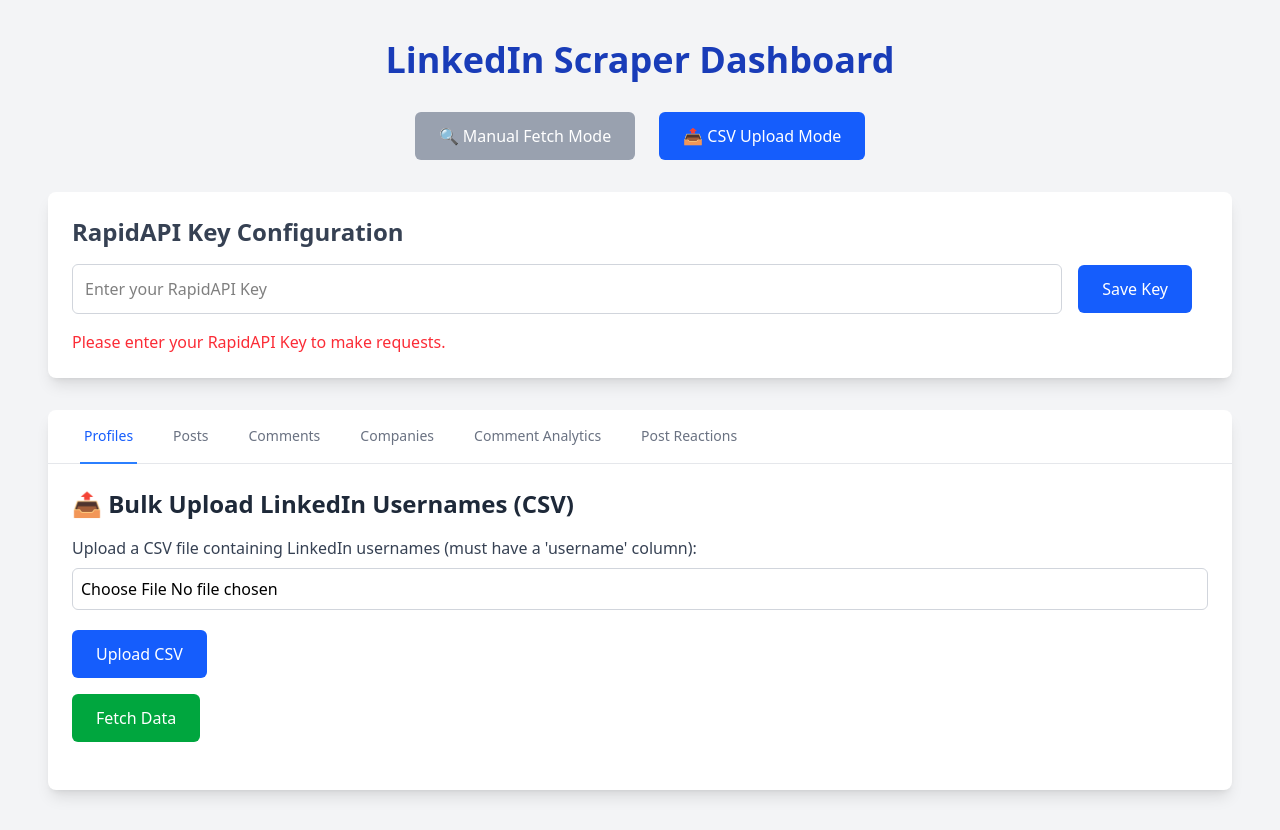
Repository: vigneshcj001/LinkedIn-Scraper-Dashboard
Page: /, after clicking the first element matching `div.flex > :nth-child(2)`
The author's editor kept a copy of each file at every save. The page is drawn from the files as they stood at one save, then again after the next save.
The browser window is 1280 px wide. The pictures show the whole page.
The project was rebuilt for these pictures with package versions that can differ from the ones it lists, and the page was loaded fresh each time. Also part of the build but not shown: vite.config.js, src/components/DataTable.jsx, src/components/tabs/PostsTab.jsx, src/components/tabs/CommentsTab.jsx, src/components/tabs/CompanyTab.jsx, src/components/tabs/AnalyticsTab.jsx, src/components/tabs/ReactionsTab.jsx, src/components/BulkUpload/BulkPostsUploadTab.jsx and 4 more.

Above is the page before, as saved 2025-11-05 14:46:36.

### index.html
<!doctype html>
<html lang="en">
  <head>
    <meta charset="UTF-8" />
    <link rel="icon" type="image/svg+xml" href="/vite.svg" />
    <meta name="viewport" content="width=device-width, initial-scale=1.0" />
     <link href="/src/index.css" rel="stylesheet">
    <title>linkedin_frontend</title>
  </head>
  <body>
    <div id="root"></div>
    <script type="module" src="/src/main.jsx"></script>
  </body>
</html>

### src/index.css
@import "tailwindcss";
html, body, #root {
  margin: 0;
  padding: 0;
  width: 100%;
  height: 100%;
  background-color: #f9fafb; /* Tailwind's bg-gray-50 */
}
body {
  @apply text-black bg-gray-100;
}

### src/App.jsx
import React, { useState, useEffect } from "react";
import toast, { Toaster } from "react-hot-toast";

import ProfileTab from "./components/tabs/ProfileTab";
import PostsTab from "./components/tabs/PostsTab";
import CommentsTab from "./components/tabs/CommentsTab";
import CompanyTab from "./components/tabs/CompanyTab";
import AnalyticsTab from "./components/tabs/AnalyticsTab";
import ReactionsTab from "./components/tabs/ReactionsTab";
import BulkUploadTab from "./components/BulkUpload/BulkUploadTab";

const API_BASE_URL =
  "https://linkedin-scraper-dashboard-backend.onrender.com/api";

function App() {
  const [rapidApiKey, setRapidApiKey] = useState("");
  const [activeTab, setActiveTab] = useState("profile");
  const [mode, setMode] = useState("manual"); // "manual" or "upload"
  const [response, setResponse] = useState(null);
  const [loading, setLoading] = useState(false);
  const [error, setError] = useState(null);

  // ==========================================================
  // Load/Save API key from localStorage
  // ==========================================================
  useEffect(() => {
    const storedKey = localStorage.getItem("rapidApiKey");
    if (storedKey) setRapidApiKey(storedKey);
  }, []);

  useEffect(() => {
    if (rapidApiKey) localStorage.setItem("rapidApiKey", rapidApiKey);
    else localStorage.removeItem("rapidApiKey");
  }, [rapidApiKey]);

  // ==========================================================
  // FETCH WRAPPER — with retry, backoff & 429 handling
  // ==========================================================
  const fetchData = async (
    endpoint,
    params = {},
    method = "GET",
    body = null
  ) => {
    setLoading(true);
    setResponse(null);
    setError(null);

    if (!rapidApiKey) {
      setError("Please enter your RapidAPI Key.");
      setLoading(false);
      return;
    }

    try {
      const query = new URLSearchParams(params).toString();
      const url = `${API_BASE_URL}/${endpoint}${query ? `?${query}` : ""}`;

      const options = {
        method,
        headers: {
          "Content-Type": "application/json",
          "x-rapidapi-key": rapidApiKey,
        },
      };
      if (body) options.body = JSON.stringify(body);

      let attempt = 0;
      let success = false;
      let data;

      while (attempt < 3 && !success) {
        if (attempt > 0) {
          const backoff = 1000 * Math.pow(2, attempt - 1);
          toast(`Retrying... attempt ${attempt + 1}`, { icon: "⏳" });
          await new Promise((r) => setTimeout(r, backoff));
        }

        await new Promise((r) => setTimeout(r, 700)); // rate-limit delay
        const res = await fetch(url, options);

        if (res.status === 429) {
          attempt++;
          if (attempt === 3)
            throw new Error("RapidAPI rate limit reached. Try again later.");
          continue;
        }

        if (!res.ok) {
          const errData = await res.json().catch(() => ({}));
          throw new Error(errData.detail || `HTTP error ${res.status}`);
        }

        data = await res.json();
        success = true;
      }

      setResponse(data);
      toast.success("✅ Data fetched successfully!");
    } catch (err) {
      console.error("Fetch Error:", err);
      toast.error(err.message || "An unexpected error occurred.");
      setError(err.message);
    } finally {
      setLoading(false);
    }
  };

  // ==========================================================
  // TAB HANDLER
  // ==========================================================
  const renderContent = () => {
    const sharedProps = { fetchData, loading, error, response };

    switch (activeTab) {
      case "profile":
        return <ProfileTab {...sharedProps} />;
      case "posts":
        return <PostsTab {...sharedProps} />;
      case "comments":
        return <CommentsTab {...sharedProps} />;
      case "company":
        return <CompanyTab {...sharedProps} />;
      case "analytics":
        return <AnalyticsTab {...sharedProps} />;
      case "reactions":
        return <ReactionsTab {...sharedProps} />;
      default:
        return null;
    }
  };

  // ==========================================================
  // UI
  // ==========================================================
  return (
    <div className="min-h-screen bg-gray-100 px-12 py-10">
      <h1 className="text-4xl font-bold text-center text-blue-800 mb-8">
        LinkedIn Scraper Dashboard
      </h1>

      {/* MODE SELECTOR */}
      <div className="flex justify-center space-x-6 mb-8">
        <button
          onClick={() => setMode("manual")}
          className={`px-6 py-3 rounded-md text-white transition ${
            mode === "manual" ? "bg-blue-600" : "bg-gray-400 hover:bg-gray-500"
          }`}
        >
          🔍 Manual Fetch Mode
        </button>
        <button
          onClick={() => setMode("upload")}
          className={`px-6 py-3 rounded-md text-white transition ${
            mode === "upload" ? "bg-blue-600" : "bg-gray-400 hover:bg-gray-500"
          }`}
        >
          📤 CSV Upload Mode
        </button>
      </div>

      {/* API Key Section */}
      <div className="max-w-10xl mx-auto bg-white shadow-lg rounded-lg p-6 mb-8">
        <h2 className="text-2xl font-semibold mb-4 text-gray-700">
          RapidAPI Key Configuration
        </h2>

        <div className="flex items-center space-x-4">
          <input
            type="password"
            className="flex-1 p-3 border border-gray-300 rounded-md focus:ring-blue-500 focus:border-blue-500"
            placeholder="Enter your RapidAPI Key"
            value={rapidApiKey}
            onChange={(e) => setRapidApiKey(e.target.value)}
          />
          <button
            onClick={() => toast.success("🔐 Key saved to local storage!")}
            className="px-6 py-3 bg-blue-600 text-white rounded-md hover:bg-blue-700 transition duration-200"
          >
            Save Key
          </button>
          <Toaster position="bottom-right" />
        </div>

        {!rapidApiKey && (
          <p className="mt-4 text-red-500">
            Please enter your RapidAPI Key to make requests.
          </p>
        )}
      </div>

      {/* MODE-BASED CONTENT */}
      {mode === "manual" ? (
        <div className="max-w-10xl mx-auto bg-white shadow-lg rounded-lg">
          <div className="border-b border-gray-200">
            <nav
              className="-mb-px flex space-x-10 px-10 min-w-max sm:justify-center"
              aria-label="Tabs"
            >
              {[
                { name: "Profile Details", id: "profile" },
                { name: "Profile Posts", id: "posts" },
                { name: "Post Comments", id: "comments" },
                { name: "Company Details", id: "company" },
                { name: "Comment Analytics", id: "analytics" },
                { name: "Post Reactions", id: "reactions" },
              ].map((tab) => (
                <button
                  key={tab.id}
                  onClick={() => setActiveTab(tab.id)}
                  className={`${
                    tab.id === activeTab
                      ? "border-blue-500 text-blue-600"
                      : "border-transparent text-gray-500 hover:text-gray-700 hover:border-gray-300"
                  } whitespace-nowrap py-4 px-1 border-b-2 font-medium text-sm`}
                >
                  {tab.name}
                </button>
              ))}
            </nav>
          </div>
          <div className="p-6">{renderContent()}</div>
        </div>
      ) : (
        <BulkUploadTab fetchData={fetchData} />
      )}
    </div>
  );
}

export default App;

### src/components/BulkUpload/BulkUploadTab.jsx
import React, { useState } from "react";
import BulkProfileUploadTab from "./BulkProfileUploadTab";
import BulkPostsUploadTab from "./BulkPostsUploadTab";
import BulkCommentsUploadTab from "./BulkCommentsUploadTab";
import BulkCompaniesUploadTab from "./BulkCompaniesUploadTab";
import BulkCommentAnalyticsUploadTab from "./BulkCommentAnalyticsUploadTab";
import BulkReactionsUploadTab from "./BulkReactionsUploadTab";

const BulkUploadTab = () => {
  const [activeBulkTab, setActiveBulkTab] = useState("profiles"); // Default active bulk tab

  const renderBulkTabContent = () => {
    switch (activeBulkTab) {
      case "profiles":
        return <BulkProfileUploadTab />;
      case "posts":
        return <BulkPostsUploadTab />;
      case "comments":
        return <BulkCommentsUploadTab />;
      case "companies":
        return <BulkCompaniesUploadTab />;
      case "analytics":
        return <BulkCommentAnalyticsUploadTab />;
      case "reactions":
        return <BulkReactionsUploadTab />;
      default:
        return null;
    }
  };

  return (
    <div className="max-w-10xl mx-auto bg-white shadow-lg rounded-lg">
      <div className="border-b border-gray-200">
        <nav
          className="-mb-px flex space-x-8 px-8"
          aria-label="Bulk Upload Tabs"
        >
          {[
            { name: "Profiles", id: "profiles" },
            { name: "Posts", id: "posts" },
            { name: "Comments", id: "comments" },
            { name: "Companies", id: "companies" },
            { name: "Comment Analytics", id: "analytics" },
            { name: "Post Reactions", id: "reactions" },
          ].map((tab) => (
            <button
              key={tab.id}
              onClick={() => setActiveBulkTab(tab.id)}
              className={`${
                tab.id === activeBulkTab
                  ? "border-blue-500 text-blue-600"
                  : "border-transparent text-gray-500 hover:text-gray-700 hover:border-gray-300"
              } whitespace-nowrap py-4 px-1 border-b-2 font-medium text-sm`}
            >
              {tab.name}
            </button>
          ))}
        </nav>
      </div>
      <div className="p-6">{renderBulkTabContent()}</div>
    </div>
  );
};

export default BulkUploadTab;

### src/components/TabContainer.jsx
import React from "react";

const TabContainer = ({
  title,
  children,
  onSubmit,
  loading,
  error,
  response,
  TableComponent,
}) => (
  <div>
    <h2 className="text-2xl font-semibold text-gray-800 mb-4">{title}</h2>

    <form onSubmit={onSubmit} className="space-y-4 mb-6">
      {children}
      <button
        type="submit"
        className="px-6 py-3 bg-green-600 text-white rounded-md hover:bg-green-700 transition duration-200 disabled:opacity-50"
        disabled={loading}
      >
        {loading ? "Loading..." : "Fetch Data"}
      </button>
    </form>

    {error && (
      <div
        className="bg-red-100 border border-red-400 text-red-700 px-4 py-3 rounded mb-4"
        role="alert"
      >
        <strong className="font-bold">Error! </strong>
        <span className="block sm:inline">{error}</span>
      </div>
    )}

    {response && (
      <>
        {TableComponent && <TableComponent data={response} />}
        <div className="bg-gray-50 p-4 rounded-md shadow-inner mt-6">
          <h3 className="text-xl font-medium text-gray-700 mb-2">
            Raw JSON Response:
          </h3>
          <pre className="whitespace-pre-wrap break-all text-xs bg-gray-800 text-white p-4 rounded-md overflow-x-auto">
            {JSON.stringify(response, null, 2)}
          </pre>
        </div>
      </>
    )}
  </div>
);

export default TabContainer;

### src/components/BulkUpload/BulkProfileUploadTab.jsx
import React, { useState } from "react";
import toast from "react-hot-toast";
import TabContainer from "../TabContainer";

const BulkProfileUploadTab = () => {
  const [file, setFile] = useState(null);
  const [uploading, setUploading] = useState(false);
  const [uploadResult, setUploadResult] = useState(null);

  // ✅ Handle CSV Upload
  const handleFileUpload = async (e) => {
    e.preventDefault();

    if (!file) return toast.error("Please select a CSV file first!");
    const apiKey = localStorage.getItem("rapidApiKey");
    if (!apiKey) return toast.error("Please enter your RapidAPI Key first.");

    setUploading(true);
    setUploadResult(null);

    try {
      const formData = new FormData();
      formData.append("file", file);

      const res = await fetch("http://127.0.0.1:8000/api/upload/profiles", {
        method: "POST",
        headers: { "x-rapidapi-key": apiKey },
        body: formData,
      });

      if (!res.ok) {
        const err = await res.json().catch(() => ({}));
        throw new Error(err.detail || "Failed to upload CSV.");
      }

      const data = await res.json();
      setUploadResult(data);
      toast.success(`✅ Processed ${data.count} usernames.`);
    } catch (err) {
      toast.error(err.message);
      console.error("Upload error:", err);
    } finally {
      setUploading(false);
    }
  };

  // ✅ Export JSON (all results)
  const exportJSON = () => {
    if (!uploadResult) return toast.error("No data to export.");
    const blob = new Blob([JSON.stringify(uploadResult.results, null, 2)], {
      type: "application/json",
    });
    const link = document.createElement("a");
    link.href = URL.createObjectURL(blob);
    link.download = "linkedin_bulk_profiles.json";
    link.click();
  };

  // ✅ Export CSV — identical layout to ProfileTab export
  // ✅ Export CSV — identical layout to ProfileTab export
  const exportCSV = () => {
    if (!uploadResult) return toast.error("No data to export.");

    const csvSections = [];

    uploadResult.results.forEach((item, index) => {
      if (item.error) {
        csvSections.push(`Profile ${index + 1}: ${item.username}`);
        csvSections.push("Key,Value");
        csvSections.push(`Error,"${item.error}"`);
        csvSections.push("");
        return;
      }

      const data = item.data;
      if (!data?.basic_info) return;

      const profile = data.basic_info;
      const experience = data.experience || [];
      const education = data.education || [];

      // Add profile header
      csvSections.push(`Profile ${index + 1}: ${item.username}`);
      csvSections.push("");

      // --- Basic Info ---
      csvSections.push("Basic Info");
      csvSections.push("Key,Value");

      const basicInfo = [
        ["Full Name", profile.fullname],
        ["Headline", profile.headline],
        ["Profile URL", profile.profile_url],
        ["Location", profile.location?.full || "-"],
        ["Followers", profile.follower_count],
        ["Connections", profile.connection_count],
        ["Current Company", profile.current_company],
      ];

      csvSections.push(...basicInfo.map((r) => `"${r[0]}","${r[1] || "-"}"`));
      csvSections.push("");

      // --- Experience ---
      if (experience.length) {
        csvSections.push("Experience");
        csvSections.push("Title,Company,Duration,Company URL");
        csvSections.push(
          ...experience.map(
            (exp) =>
              `"${exp.title || "-"}","${exp.company || "-"}","${
                exp.duration || "-"
              }","${exp.company_linkedin_url || "-"}"`
          )
        );
        csvSections.push("");
      }

      // --- Education ---
      if (education.length) {
        csvSections.push("Education");
        csvSections.push("School,Degree,Field,Duration,School URL");
        csvSections.push(
          ...education.map(
            (edu) =>
              `"${edu.school || "-"}","${edu.degree_name || "-"}","${
                edu.field_of_study || "-"
              }","${edu.duration || "-"}","${edu.school_linkedin_url || "-"}"`
          )
        );
      }

      // Separator between profiles
      csvSections.push("");
      csvSections.push("");
    });

    const blob = new Blob([csvSections.join("\n")], {
      type: "text/csv;charset=utf-8;",
    });

    const url = URL.createObjectURL(blob);
    const link = document.createElement("a");
    link.href = url;
    link.download = "linkedin_bulk_profiles.csv";
    link.click();
    URL.revokeObjectURL(url);
  };

  return (
    <TabContainer
      title="📤 Bulk Upload LinkedIn Usernames (CSV)"
      onSubmit={handleFileUpload}
    >
      <div className="space-y-5">
        {/* CSV Upload Field */}
        <div>
          <label className="block text-gray-700 font-medium mb-2">
            Upload a CSV file containing LinkedIn usernames (must have a 'username' column):
          </label>
          <input
            type="file"
            accept=".csv"
            onChange={(e) => setFile(e.target.files[0])}
            className="block w-full border border-gray-300 rounded-md p-2 focus:ring-blue-500 focus:border-blue-500"
          />
        </div>

        {/* Upload Button */}
        <button
          type="submit"
          disabled={uploading}
          className={`px-6 py-3 rounded-md text-white transition ${
            uploading
              ? "bg-gray-400 cursor-not-allowed"
              : "bg-blue-600 hover:bg-blue-700"
          }`}
        >
          {uploading ? "Uploading..." : "Upload CSV"}
        </button>

        {/* Export Buttons */}
        {uploadResult && (
          <div className="flex flex-col items-start mt-6 space-y-3">
            <p className="text-gray-700">
              ✅ {uploadResult.count} profiles processed successfully.
            </p>
            <div className="flex space-x-3">
              <button
                onClick={exportJSON}
                className="px-4 py-2 bg-green-600 text-white rounded hover:bg-green-700 transition"
              >
                Export JSON
              </button>
              <button
                onClick={exportCSV}
                className="px-4 py-2 bg-blue-600 text-white rounded hover:bg-blue-700 transition"
              >
                Export CSV
              </button>
            </div>
          </div>
        )}
      </div>
    </TabContainer>
  );
};

export default BulkProfileUploadTab;

Loaded but not shown: src/main.jsx (common file); src/components/tabs/ProfileTab.jsx (252 lines, source omitted)

After the next save:
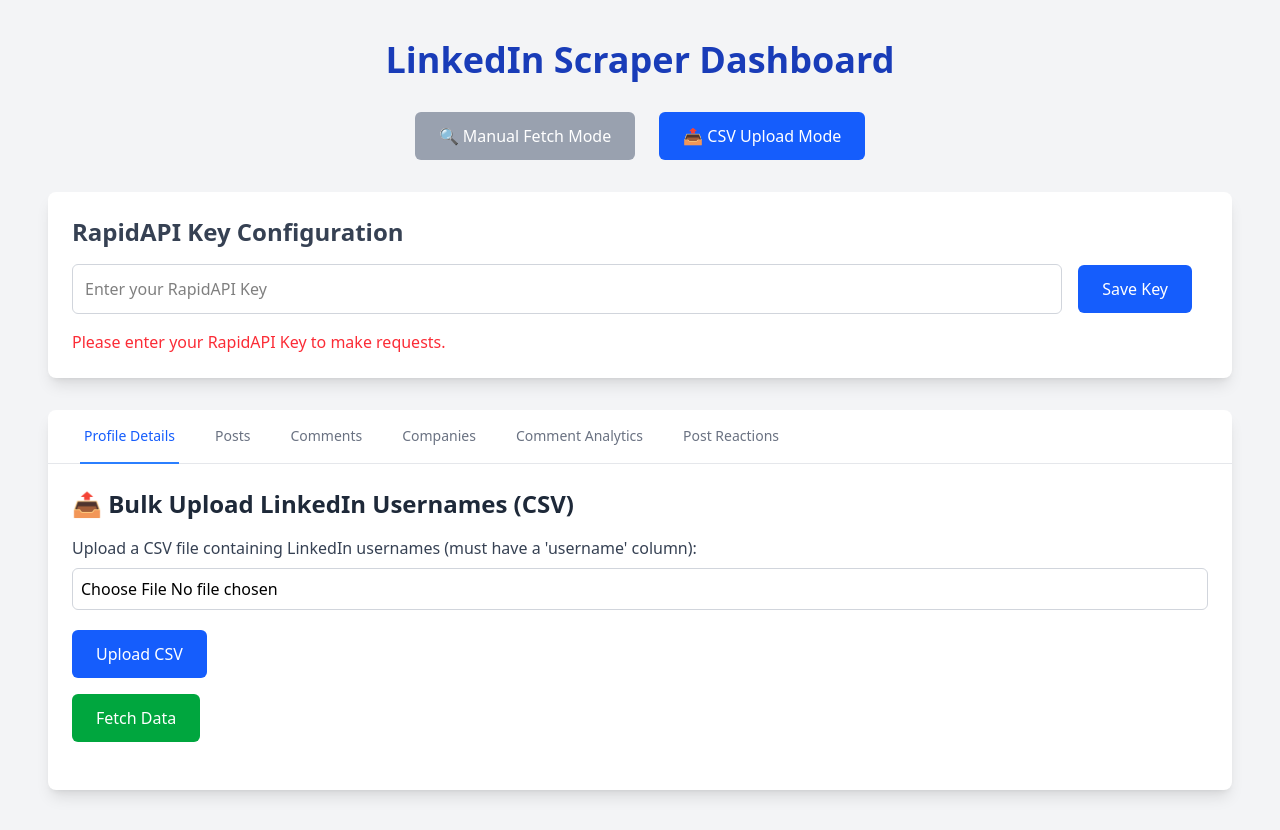
Saved 4 min 36 s later.
--- a/src/components/BulkUpload/BulkUploadTab.jsx
+++ b/src/components/BulkUpload/BulkUploadTab.jsx
@@ -36,7 +36,7 @@
           aria-label="Bulk Upload Tabs"
         >
           {[
-            { name: "Profiles", id: "profiles" },
+            { name: "Profile Details", id: "profiles" },
             { name: "Posts", id: "posts" },
             { name: "Comments", id: "comments" },
             { name: "Companies", id: "companies" },
